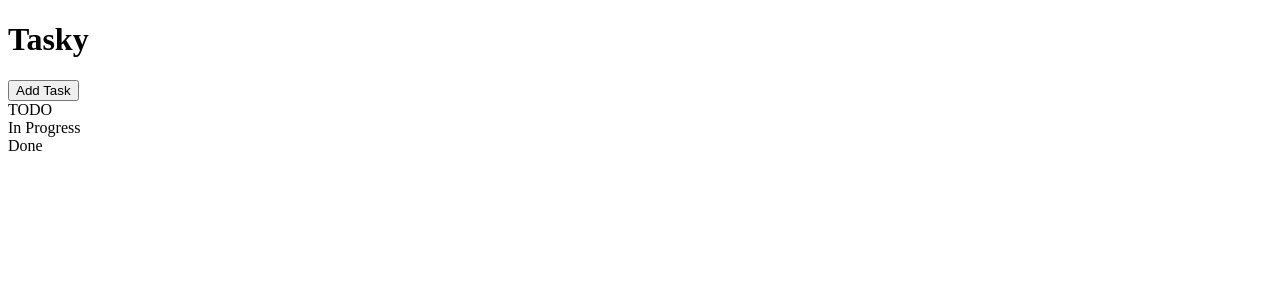
Repository: pavitrapai10/MERN-Stack
Page: Task_Management/index.html
These files come from the project's save history. The page is drawn as it stood at one moment and after the next save; the edit follows.
The browser window is 1280 px wide. The pictures show the whole page.
After loading, the first visible `#addTask` was clicked once.

Above is the page before, as saved 2024-07-11 18:46:45.

After the next save:
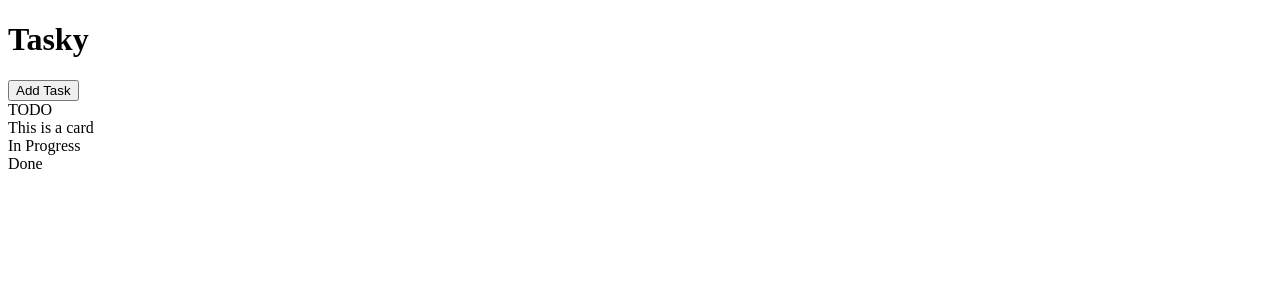
Saved 7 s later.
--- a/Task_Management/script.js
+++ b/Task_Management/script.js
@@ -13,5 +13,5 @@ addTaskBtn.addEventListener("click", ()=>{
     //or we can use
     card.setAttribute("class", "card")
     card.setAttribute("contenteditable", true)
-    todoContainer.append
+    todoContainer.append(card)
 })
